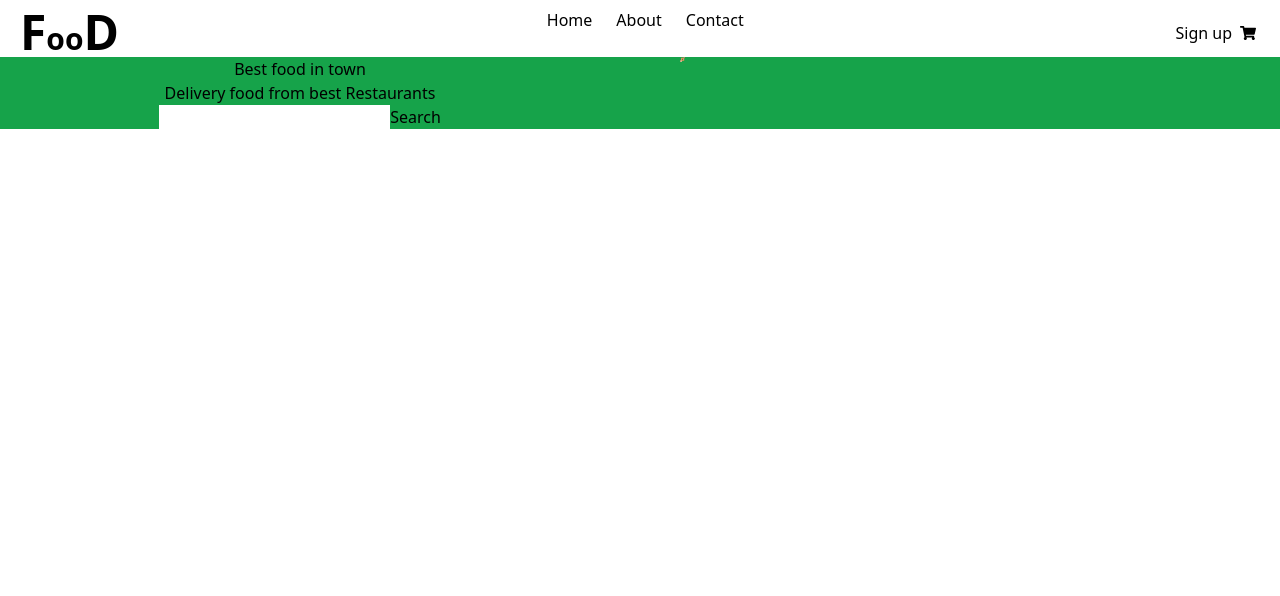
Repository: KhushiCode14/FoodWeb
Page: /
These files come from the project's save history. The page is drawn as it stood at one moment and after the next save; the edit follows.
The browser window is 1280 px wide. The pictures show the whole page.
The project was rebuilt for these pictures with package versions that can differ from the ones it lists, and the page was loaded fresh each time. Also part of the build but not shown: src/components/Home/SignUp.tsx, src/components/Home/SignIn.tsx.

Above is the page before, as saved 2024-09-19 19:07:17.

After the next save:
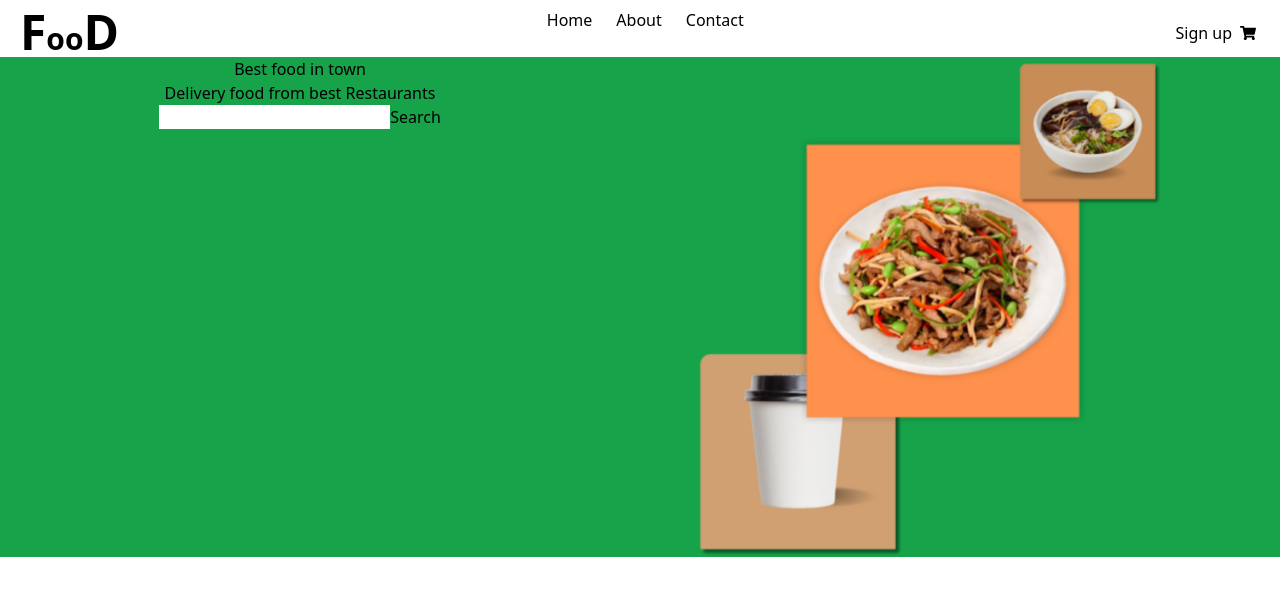
Saved 4 s later.
--- a/src/Pages/Home.tsx
+++ b/src/Pages/Home.tsx
@@ -12,7 +12,7 @@ const Home: React.FC = () => {
         </div>
       </div>
       <div className="w-1/2" >
-        <img src={food} alt="logo" width={5} />
+        <img src={food} alt="logo" width={500} />
       </div>
     </div>
   )
